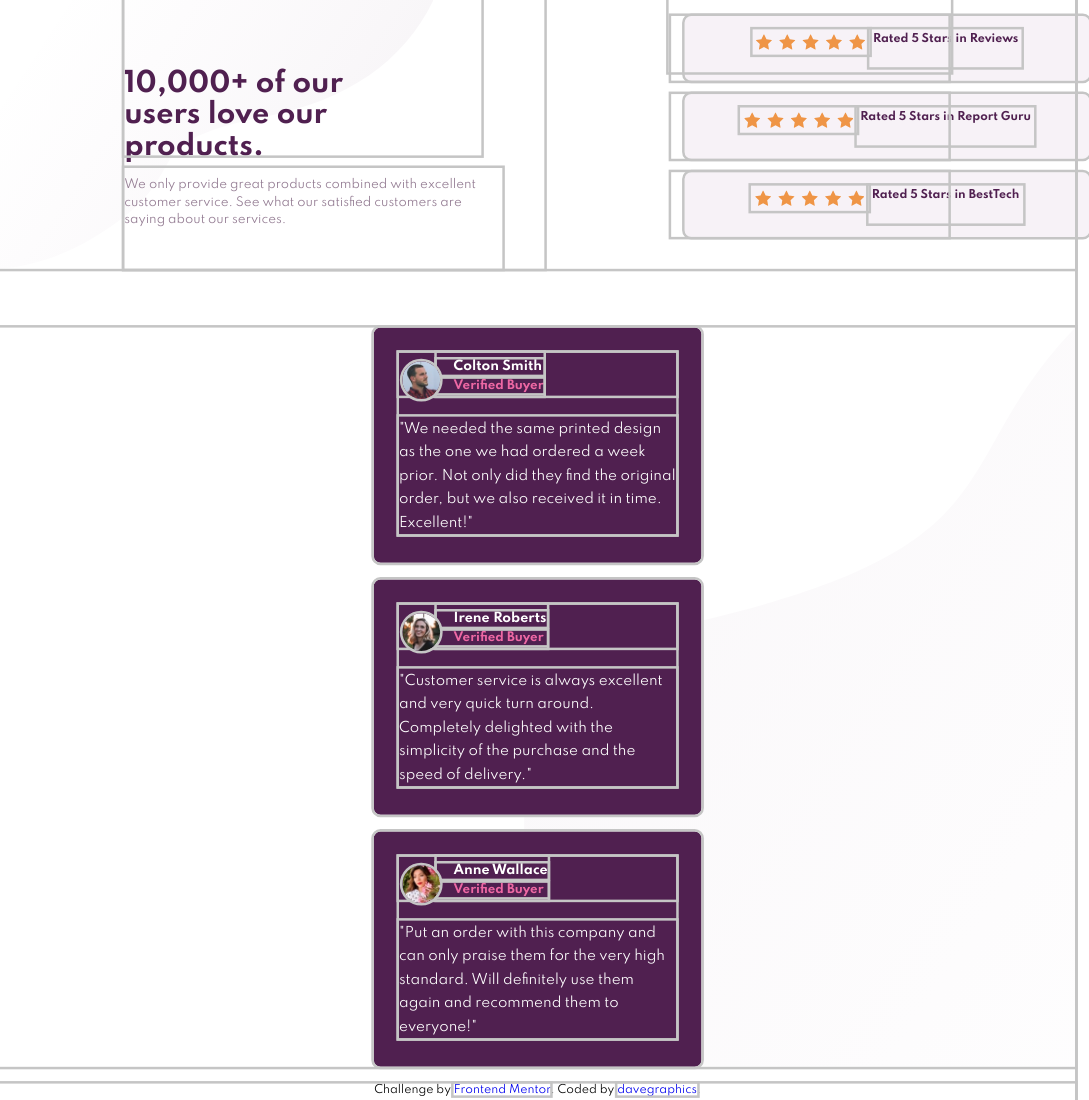
Repository: DejV44/social-proof-section-master
Page: index.html
The author's editor kept a copy of each file at every save. The page is drawn from the files as they stood at one save, then again after the next save.
The browser window is 1280 px wide. The page is 1297 px wide, so the pictures cover 1297 px, including what lies to the right of the window. The pictures show the whole page, at 84% of full size.
The style sheet was rebuilt from its Sass, Less or Tailwind sources for each picture, by a compiler version that may differ from the author's.

Above is the page before, as saved 2021-06-23 20:49:28.

### index.html
<!DOCTYPE html>

<html lang="en">
<head>
    <meta charset="UTF-8">
    <meta http-equiv="X-UA-Compatible" content="IE=edge">
    <meta name="viewport" content="width=device-width, initial-scale=1.0">
    <link rel="stylesheet" href="../css/main.css">
    <title>social-proof-section-master</title>
</head>
<body>
    <section class="main">
        <div class="titles">
            <h1 class="title">10,000+ of our users love our products.</h1>
            <p class="item-1">We only provide great products combined with excellent customer service. See what our satisfied customers are saying about our services.</p>
        </div>
        <div class="container">
            <ul>
                <li class="item">
                    <img src="../img/stars.svg" alt="stars">
                    <h3>Rated 5 Stars in Reviews</h3>
                </li>
            </ul>

            <ul>
                <li class="item">
                    <img src="../img/stars.svg" alt="stars">
                    <h3>Rated 5 Stars in Report Guru</h3>
                </li>
            </ul>

            <ul>
                <li class="item">
                    <img src="../img/stars.svg" alt="stars">
                    <h3>Rated 5 Stars in BestTech</h3>
                </li>
            </ul>
        </div>
    </section>

    <section class="citate">
        <ul>
            <li>
                <div class="identy">
                    <img src="../img/image-colton.jpg" alt="stars">
                    <div>
                        <h3>Colton Smith</h3>
                        <h4>Verified Buyer</h4>
                    </div>
                </div>
                <blockquote>"We needed the same printed design as the one we had ordered a week prior. Not only did they find the original order, but we also received it in time. Excellent!"</blockquote>
            </li>
        </ul>

        <ul>
            <li>
                <div class="identy">
                    <img src="../img/image-irene.jpg" alt="stars">
                    <div>
                        <h3>Irene Roberts</h3>
                        <h4>Verified Buyer</h4>
                    </div>
                </div>
                <blockquote>"Customer service is always excellent and very quick turn around. Completely delighted with the simplicity of the purchase and the speed of delivery."</blockquote>
            </li>
        </ul>

        <ul>
            <li>
                <div class="identy">
                    <img src="../img/image-anne.jpg" alt="stars">
                    <div>
                        <h3>Anne Wallace</h3>
                        <h4>Verified Buyer</h4>
                    </div>
                </div>
                <blockquote>"Put an order with this company and can only praise them for the very high standard. Will definitely use them again and recommend them to everyone!"</blockquote>
            </li>
        </ul>
    </section>
    <div class="attribution">
        Challenge by
        <a href="https://www.frontendmentor.io?ref=challenge" target="_blank"
          >Frontend Mentor</a
        >. Coded by <a href="#">davegraphics</a>.
      </div>

</body>
</html>

### css/main.scss
@import url('https://fonts.googleapis.com/css2?family=Spartan:wght@400;500;700&display=swap');

*{
    margin: 0;
    padding: 0;
    -webkit-font-smoothing: antialiased;
    outline: 3px solid rgb(197, 197, 197);
}

:root {
    --primary-color: hsl(300, 43%, 22%);
    --soft-pink: hsl(333, 80%, 67%);
    --neutral-color: hsl(303, 10%, 53%);
    --light-color: hsl(300, 24%, 96%);
    --white: hsl(0, 0%, 100%);
}

body {
    margin: 0;
    padding: 0;
    //background: var(--white);
    font-family: 'Spartan', sans-serif;




    .main {
        text-align: center;
        margin: 0 auto 70px auto;
        background-image: url(..//img/bg-pattern-top-mobile.svg);
        background-repeat: no-repeat;
        background-size: contain;



        .title {
            margin: 0 auto;
            padding: 2.5em 15% 0 15%;
            font-size: 2em;
            font-weight: bold;
            color: var(--primary-color);
            width: 250px;
            height: 105px;
        }

        p {
            padding: 10px 0;
            margin: 10px auto;
            color: var(--neutral-color);
            line-height: 1.5em;
            width: 325px;
            height: 100px;
            font-size: 14px;
        }

        .container {
            padding: .2em;
            width: 330px;
            height: 80px;
            display: inline-block;


            li {
                list-style: none;
                padding: 1em;
                margin: 1em;
                background: var(--light-color);
                border-radius: .5em;

                img {
                    padding: .3em;
                    width: 130px;
                    height: 20px;
                }

                h3 {
                    padding: .3em;
                    color: var(--primary-color);
                    font-size: 13px;
                }
            }
        }


    }
    .citate :first-element {
        margin-top: 100px;
    }

    .citate {
        background-image: url(..//img/bg-pattern-bottom-mobile.svg);
        background-repeat: no-repeat;
        background-size: contain;
        background-position-x: 100%;
        background-position-y: 100%;



        ul {
            list-style: none;
            padding: 30px;

            background: var(--primary-color);
            border-radius: .5em;
            width: 330px;
            height: 220px;
            margin: 0px auto 20px auto;



                .identy {
                    display: flex;




                    h3 {
                        color: var(--white);
                        margin: .5em 0 .2em 0;
                        padding-left: 20px;
                        font-size: 15px;

                    }

                    h4 {
                        color: var(--soft-pink);
                        margin: .4em 0 .2em 0;
                        padding-left: 20px;
                        font-size: 14px;

                    }

                    img {
                        margin-top: 6px;
                        border-radius: 5em;
                        width: 45px;
                        height: 45px;
                        position: relative;
                        top: 4px;
                        left: 4px;
                    }


                }
                blockquote {
                    color: var(--white);
                    margin-top: 25px;
                    line-height: 28px;
                    text-align: left;
                }
        }


    }

    .attribution {
        text-align: center;
        font-size: 13px;
        padding-bottom: 5px;

        a {
            text-decoration: none;
            font-size: 13px;

        }
    }

}

@media only screen and (min-width: 768px) {



    .main {
        display: flex;
        flex-wrap: nowrap;
        justify-content: space-between;


        .titles {
            align-items: flex-start;
            margin-left: auto;
            margin-right: auto;
            width: 500px;
            text-align: left;

            .title {
                margin: 0 auto 0 0;
                padding-left: 0;
                width: 350px;
            }

            p {
                margin: 15px auto 0 0;
                padding-left: 0;
                width: 450px;
            }

        }

        .container {
            align-items: flex-end;
            margin-right: auto;

            li {
                width: 450px;
                height: 45px;
                display: flex;
                justify-content: center;
                padding-top: 0;

                img {
                    align-items: flex-start;
                }

                h {
                    align-items: flex-end;
                }
            }
        }
    }
}

After the next save:
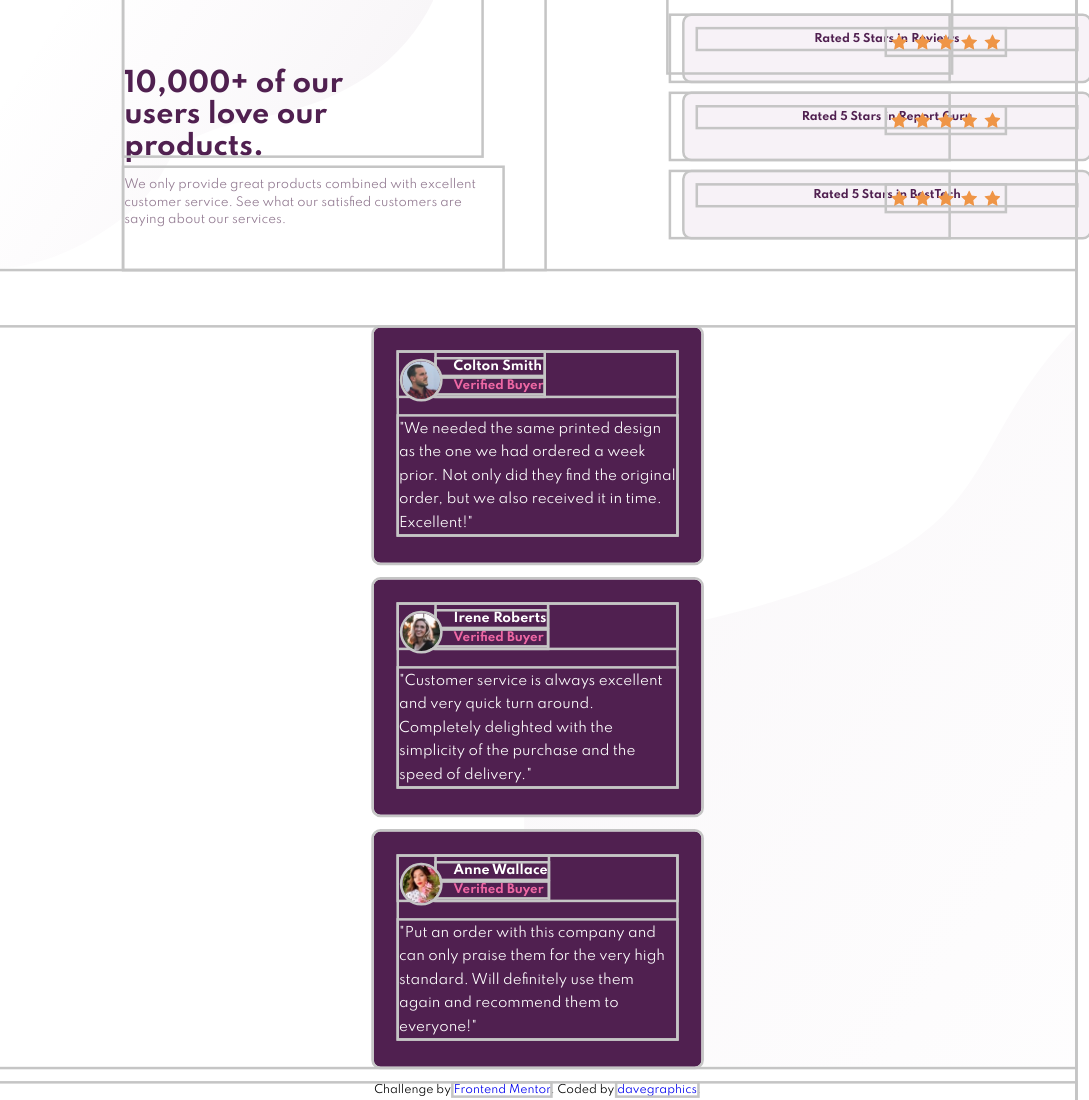
Saved 3 min 17 s later.
--- a/css/main.scss
+++ b/css/main.scss
@@ -205,12 +205,13 @@ body {
             li {
                 width: 450px;
                 height: 45px;
-                display: flex;
-                justify-content: center;
+                /*display: flex;
+                justify-content: center;*/
                 padding-top: 0;
 
                 img {
-                    align-items: flex-start;
+                    position: absolute;
+
                 }
 
                 h {
